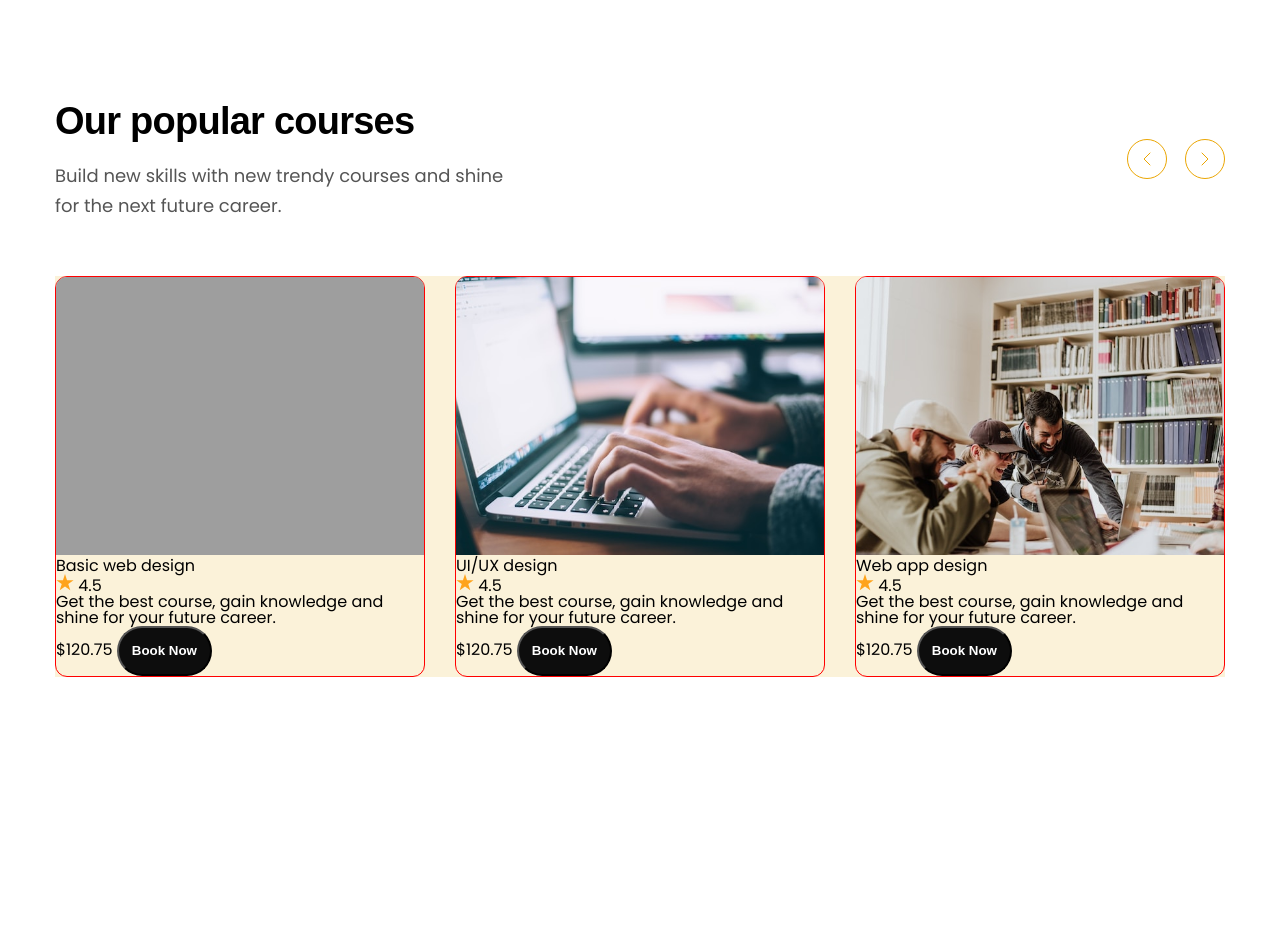
Repository: nguyendonghieu1011-png/figma-to-html1
Page: index.html
These files come from the project's save history. The page is drawn as it stood at one moment and after the next save; the edit follows.
The browser window is 1280 px wide. The pictures show the part of the page from y = 1002 to 1954 px (the page is 10000 px tall).
Pictures or frames that could not be fetched are drawn as grey boxes. A picture or video elsewhere on the page could not be fetched, so the positions and the page height are approximate. Some web fonts or font styles are not loaded; a fallback is used. Some web libraries are served in a nearby version.

Above is the page before, as saved 2026-01-02 17:26:49.

After the next save:
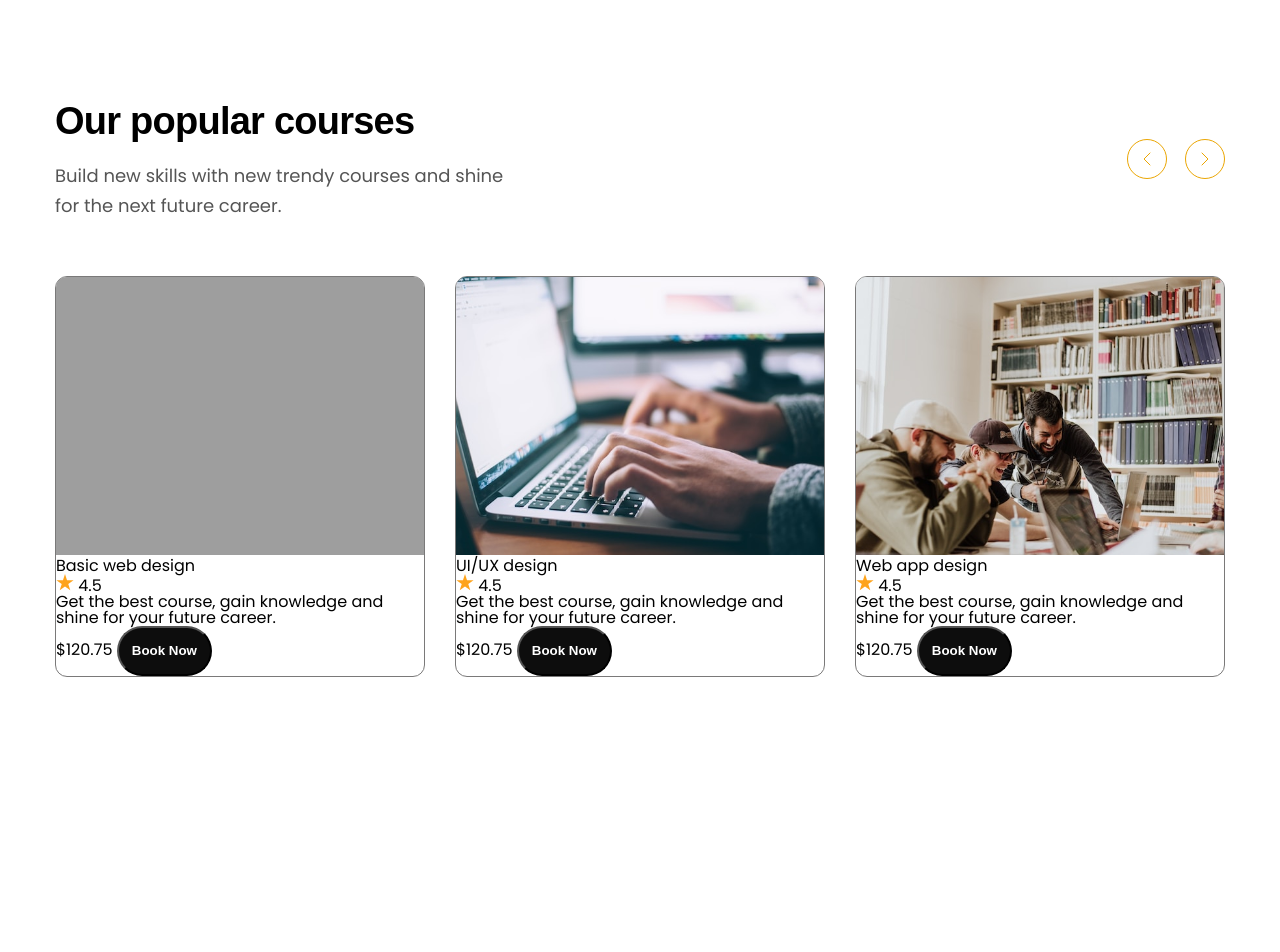
Saved 16 s later.
--- a/assets/css/style.css
+++ b/assets/css/style.css
@@ -330,12 +330,11 @@ a {
   display: flex;
   align-items: baseline;
   gap: 30px;
-  background-color: #fbf2d9;
 }
 
 .popular .course-item {
   border-radius: 12px;
-  border: 1px solid red
+  border: 1px solid rgb(122, 121, 121)
 }
 
 .popular .course-item .thumb {
